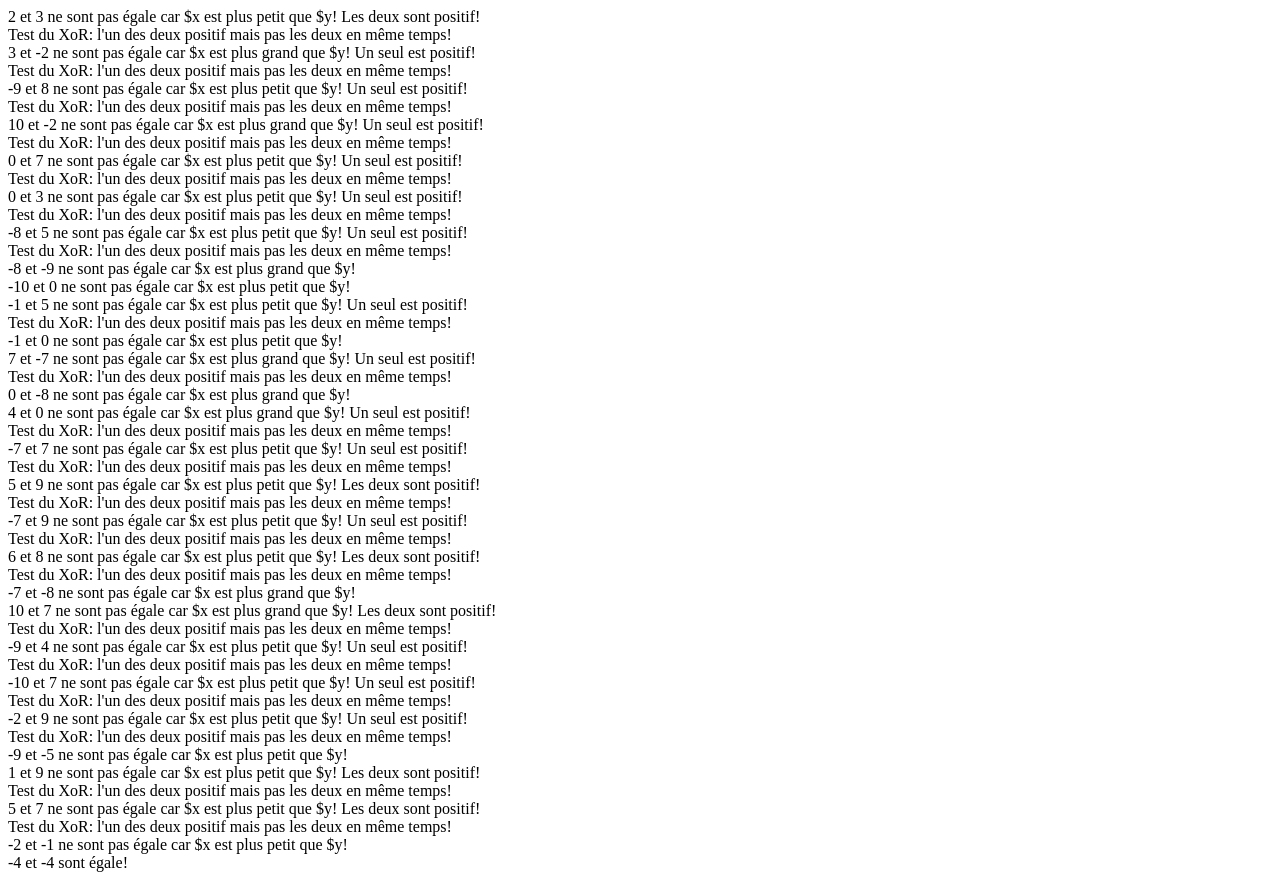
Repository: QuentinFayt/base-php-2021
Page: http://localhost/09-conditions.php
These files come from the project's save history. The page is drawn as it stood at one moment and after a run of saves; the edit follows.
The browser window is 1280 px wide. The pictures show the whole page.
The page is run by PHP 8.4 with error messages shown; the project is at /var/www/html/.

Above is the page before, as saved 2021-09-03 11:04:48.

### 09-conditions.php
<?php

do {
    $x = mt_rand(-10, 10);
    $y = mt_rand(-10, 10);
    if ($x === $y) {
        echo "$x et $y sont égale!</br>";
    } else {
        echo "$x et $y ne sont pas égale car";
        echo $x < $y ? ' $x est plus petit que $y! ' : ' $x est plus grand que $y! ';
        if (0 < $x && 0 < $y) {
            echo "Les deux sont positif! </br>";
        } elseif (0 < $x || 0 < $y) {
            echo "Un seul est positif! </br>";
        }
        if (0 < $x || 0 < $y) {
            echo "Test du XoR: l'un des deux positif mais pas les deux en même temps!";
        }
        echo "</br>";
    }
} while ($x !== $y);

After the next 2 saves:
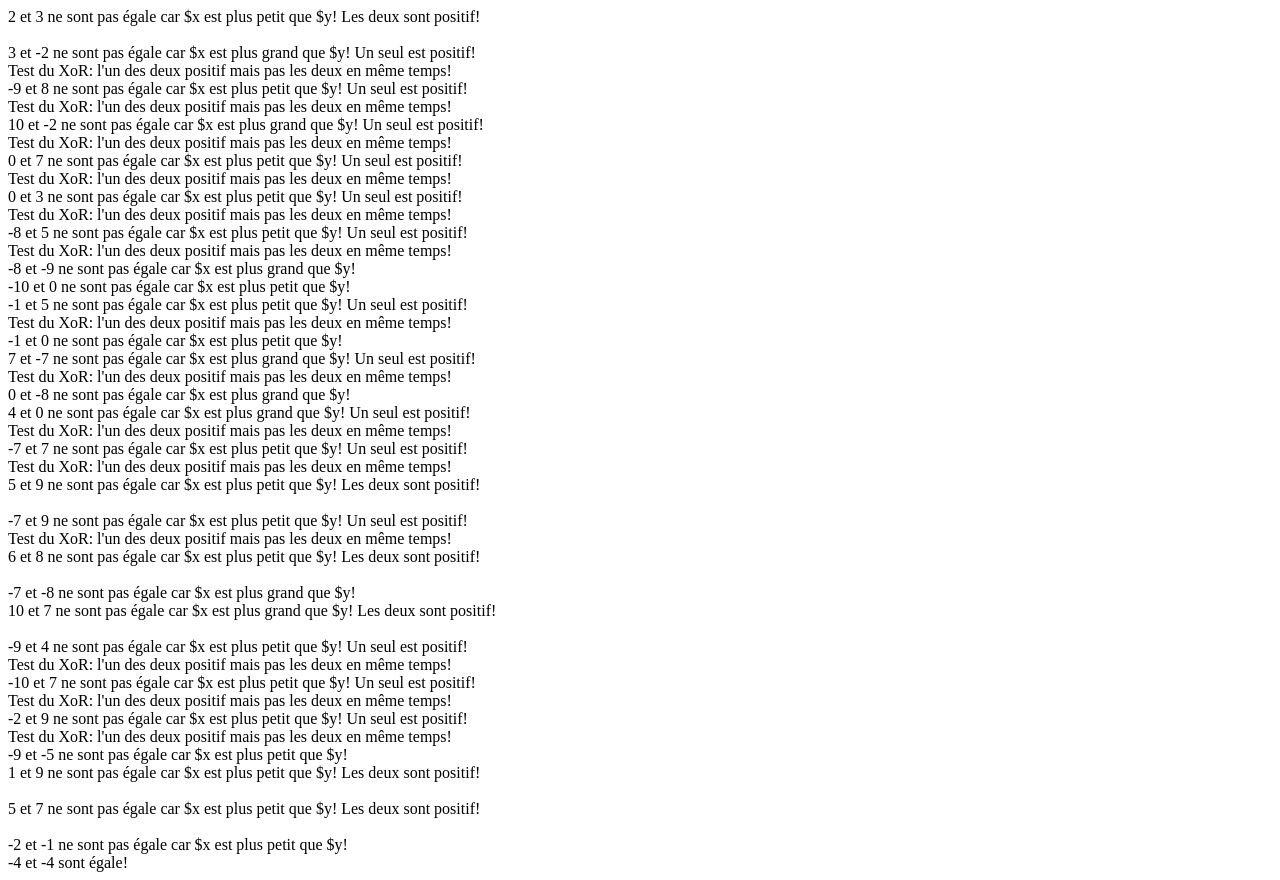
The 2 saves are shown as one change because they came seconds apart.
The last was saved 7 s later.
--- a/09-conditions.php
+++ b/09-conditions.php
@@ -13,7 +13,7 @@ do {
         } elseif (0 < $x || 0 < $y) {
             echo "Un seul est positif! </br>";
         }
-        if (0 < $x || 0 < $y) {
+        if (0 < $x ^ 0 < $y) {
             echo "Test du XoR: l'un des deux positif mais pas les deux en même temps!";
         }
         echo "</br>";
